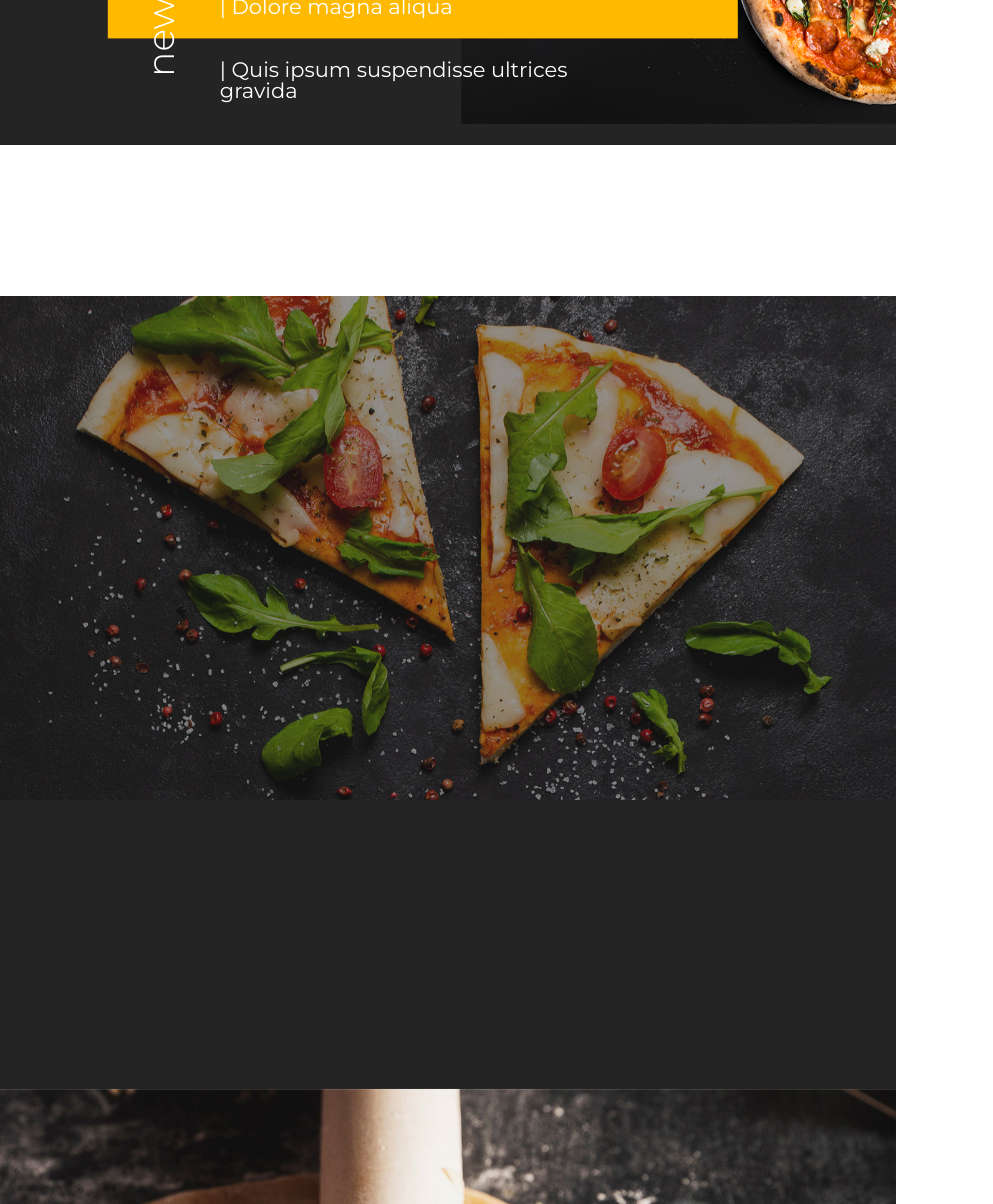
Repository: phu1204/pizzeria.github.io
Page: index.html
An editor plug-in stored every save of this project. The page is shown before and after the next save, followed by the edit.
The browser window is 1280 px wide. The page is 1419 px wide, so the pictures cover 1419 px, including what lies to the right of the window. The pictures show the part of the page from y = 1017 to 2737 px (the page is 4876 px tall before and 4790 px after), at 70% of full size.
The style sheet was rebuilt from its Sass, Less or Tailwind sources for each picture, by a compiler version that may differ from the author's.

Above is the page before, as saved 2021-07-26 19:49:33.
Console error: ReferenceError: c is not defined

After the next save:
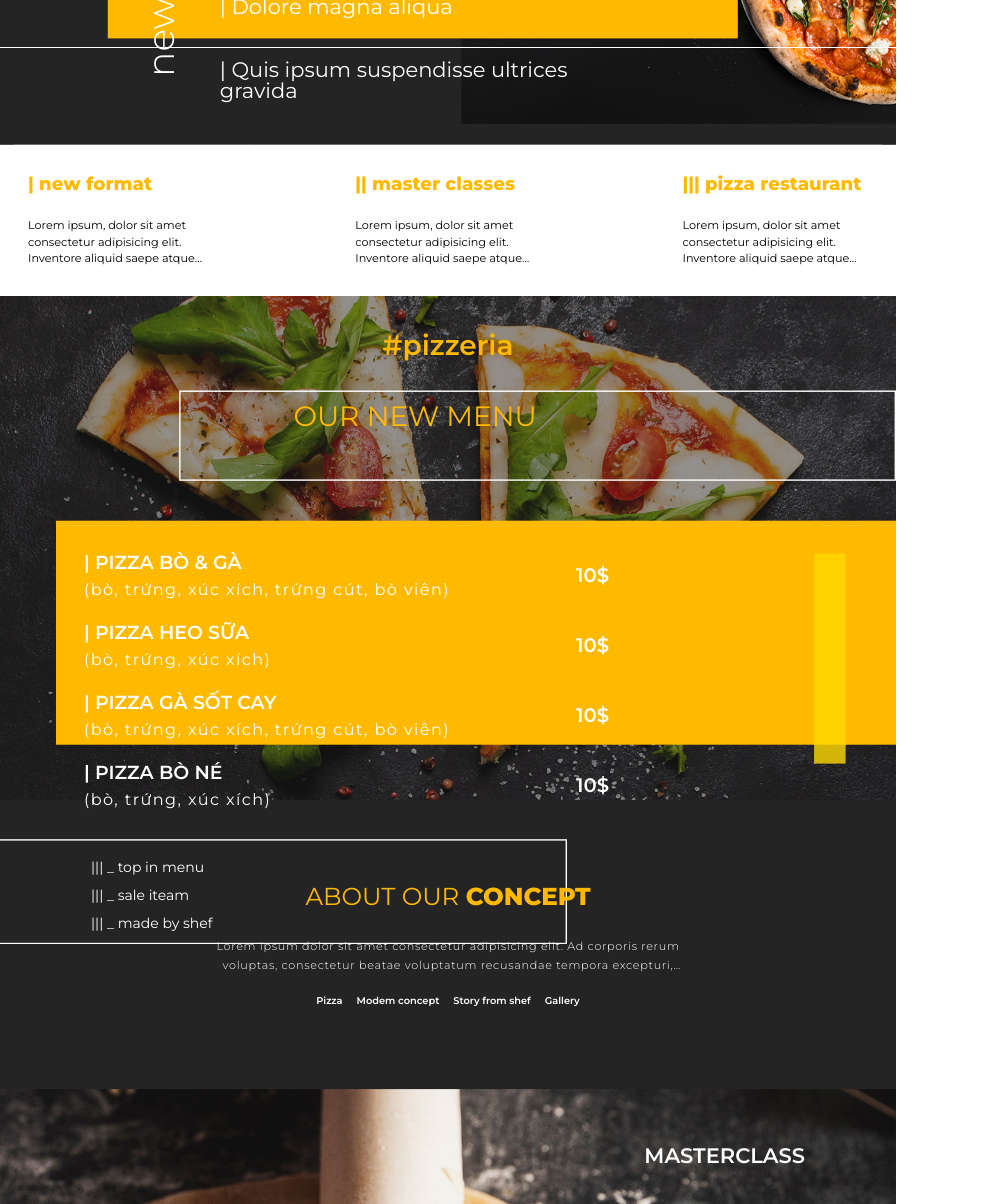
The error is gone.
Saved 5 s later.
--- a/js/main.js
+++ b/js/main.js
@@ -32,7 +32,7 @@ function toggleMenu(){
 
 toggleMenu();
 
-c
+window.addEventListener('scroll', reveal);
 function reveal(){
     var reveals = document.querySelectorAll(".reveal");
     for(var i = 0 ; i < reveals.length ; i++){
